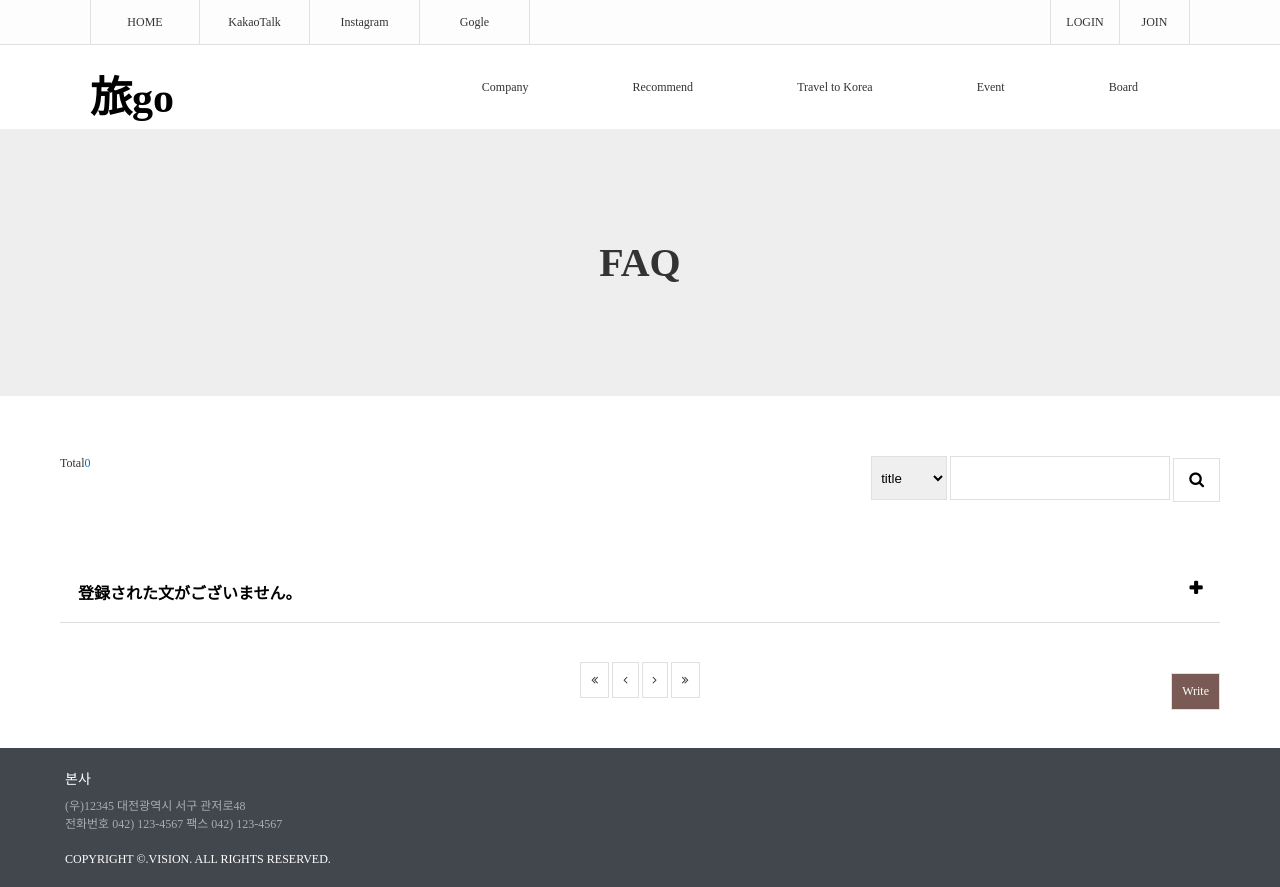
Repository: ddd5733/MVC-Pattern
Page: http://localhost/ksy_servlet_homepage/FaqOpenList
These files come from the project's save history. The page is drawn as it stood at one moment and after the next save; the edit follows.
The browser window is 1280 px wide. The pictures show the whole page.
The page is served by Tomcat 9. Other server files are loaded and not shown. Queries for data that is not in the repository find no rows.

Above is the page before, as saved 2020-01-07 06:27:25.

### 김성용_eclipse_source/ksy_servlet_homepage/WebContent/board/faq/faq_r.jsp
<%@ page language="java" contentType="text/html; charset=UTF-8"
    pageEncoding="UTF-8"%>
<%@ taglib prefix="c" uri="http://java.sun.com/jsp/jstl/core"%>
<!DOCTYPE html>
<html lang="ko">
<%@ include file="/common/header.jsp" %>

<body>

<div class="sub_title">
	<h2>FAQ</h2>
</div>


	<div class="container">
		<div class="search_wrap">
			<div class="record_group">
				<p>Total<span>${igal}</span></p>
				</div>
				<div class="search_group">
					<form name="myform" >
						<select name="t_sel" class="select">
							<option value="title" <c:if test="${t_selValue == 'title'}">out.print("selected"); </c:if>>title</option>
							<option value="content" <c:if test="${t_selValue eq 'content'}">out.print("selected");</c:if>>content</option>
						</select>
						<input type="text" name="t_search" class="search_word" value="${t_txtValue}">
						<button class="btn_search" onClick="formSearch()" value="Search" ><i class="fa fa-search"></i><span class="sr-only">검색버튼</span></button>
					<input type="hidden" name="r_page">
					</form>
				</div>
			</div>
		</div>

		<div class="board_list">
		<c:set var="forYN" value="true"/>
	<c:set var="num" value="0"/>
<c:if test="${t_dtos.size() >0}">
		<c:forEach items="${t_dtos}" var="dto">
			<c:if test="${forYN}">
				<c:if test="${v_count == for_count}">
			<div class="faq_group">
				<ul>
					<li>
						<button class="accordion">
							${dto.getTitle()}
						</button>
						<div class="panel">
							<p class="js-ptag">${dto.getAnswer()}
							<button onClick="gou('${dto.getF_number()}')">修正</button>
							<button onClick="god('${dto.getF_number()}')">削除</button>
							</p>
						</div>
					</li>
				</ul>
			</div>

			<c:set var="v_count" value="${v_count+1}"/>
					<c:set var="for_count" value="${for_count+1}"/>
			</c:if>

					<c:if test="${v_count != for_count}">
						<c:set var="v_count" value="${v_count+1}"/>
					</c:if>

						<c:if test="${v_count == a_count}">
							<c:set var="forYN" value="false"/>
						</c:if>
			</c:if>
		</c:forEach>
	</c:if>
	<form name ="faq">
	<input type="hidden" name="t_work">
	<input type="hidden"  name="t_f_number">
	</form>
	<c:if test="${t_dtos.size() == 0}">
			<div class="faq_group">
				<ul>
					<li>
						<button class="accordion">
							登録された文がございません。
						</button>
						<div class="panel">
							<p>書き込みを登録してください。</p>
						</div>
					</li>
				</ul>
			</div>
		</c:if>

			<script>
				$(function(){
					$(".accordion").on("click",function(){
						$(".panel").not($(this).next().slideToggle()).slideUp();
						$(".accordion").removeClass("active");
						$(this).toggleClass("active");
					});
				});
			</script>

			<div class="paging">
				<a href=""><i class="fa fa-angle-double-left"></i></a>
				<a href=""><i class="fa fa-angle-left"></i></a>
<%
			Integer cp = (Integer)request.getAttribute("current_page");
			int current_page = cp.intValue();
			Integer tp = (Integer)request.getAttribute("total_page");
			int total_page = tp.intValue();

			out.println(common.CommonUtil.pageList(current_page, total_page));
%>
				<a href=""><i class="fa fa-angle-right"></i></a>
				<a href=""><i class="fa fa-angle-double-right"></i></a>
				<a href="javascript:gowi();" class="write">Write</a>



</div>
		</div>
	<form name ="gwgw">
		<input type="hidden" value="gofw" name="t_work">
	</form>
	<script>
	function gowi(){
		var fm =document.gwgw;
		fm.action = "/HubServlet";
		fm.method = "post";
		fm.submit();
	}
		$(function(){
			$(".location .dropdown>a").on("click",function(e){
				e.preventDefault();
				if($(this).next().is(":visible")){
					$(".location .dropdown > a").next().hide();
				}else{
					$(".location .dropdown > a").next().hide();
					$(this).next().show();
				}
			});
		});

		function formSearch(){
			var fm = document.myform;
			fm.action ="/FaqOpenList";
			fm.method ="post";
			fm.submit();
		}
		function gopage(pageNum){
			var fm = document.myform;
			fm.r_page.value = pageNum;
			fm.action ="/FaqOpenList";
			fm.method ="post";
			fm.submit();
		}
		function gou(f_num){
			var fm = document.faq;
			fm.t_work.value = "up";
			fm.t_f_number.value = f_num;
			fm.action ="/FaqUpdateServlet";
			fm.method ="post";
			fm.submit();

		}
		function god(f_num){
			var fm = document.faq;
			var result = confirm("本当に削除しますか。?");
			if(result){
				fm.t_work.value = "del";
				fm.t_f_number.value = f_num;
				fm.action ="/FaqUpdateServlet";
				fm.method ="post";
				fm.submit();
			}
		}

	</script>
	<%@ include file="/common/footer.jsp" %>
 </body>


</html>

### 김성용_eclipse_source/ksy_servlet_homepage/WebContent/common/header.jsp
<%@ page language="java" contentType="text/html; charset=UTF-8"
    pageEncoding="UTF-8"%>
  <%@ include file="/common/common_session_info.jsp" %>
<!DOCTYPE html>
<html lang="ko">

 <head>
  <meta http-equiv="Content-Type" content="text/html; charset=utf-8" />
  <meta name="Author" content="구송이">
  <meta name="Keywords" content="문화재청 덕수궁, 반응형 홈페이지">
  <meta name="Description" content="응용sw개발자를 위한 반응형 홈페이지">
  <title>旅go</title>
  <script src="/js/jquery-3.3.1.min.js"></script>
  <link href="/css/font-awesome.min.css" rel="stylesheet">
	<!--<script src="https://ajax.googleapis.com/ajax/libs/jquery/3.3.1/jquery.min.js"></script>-->
  <link href="/css/common.css" rel="stylesheet">
  <link href="/css/layout.css" rel="stylesheet">

 	<!-- jquery언어 사용법
	1. jquery.js 기반으로 프로그램을 작성하기 때문에 jquery.js 파일을 다운 또는 CDN 방식으로 링크 건다
	2. $(function() {
	실행문;
	});
	-->


 </head>


<script>
		$(function(){
			$(".gnb>.nav_1depth>li").hover(function(){
				//console.log("gnb>.nav_1depth>li");
				//$(".main_center .box3 nav ul li").removeClass("active");
				//$(this).addClass("active");
				//$(".clearfix").hide();

				//var activeTab = $(this).find("a").attr("href");
                //$(activeTab).fadeIn();
                //return false;

				$(this).children(".nav_2depth").stop().slideDown("fast");
				}, function(){
					$(".gnb>.nav_1depth>li").removeClass();
					$(this).children(".nav_2depth").stop().slideUp("fast");
				}
			);
				//$(".main_center .box3 nav ul li").click(function(e){
					//$(this).addClass("active")
					//var num = $(this).index();
					//$(".taball").hide().eq(num).show();
				//}
		});
		function check_wLogon(){
			var fm = document.work;
			fm.action = "/HubServlet";
			fm.method = "post";
			fm.submit();
		}
		function goJoin(){
			var fm = document.join;
			fm.action = "/HubServlet";
			fm.method = "post";
			fm.submit();
		}
		function logout(){
			var fm = document.logo;
			fm.action = "/HubServlet";
			fm.method = "post";
			fm.submit();
		}
		function com(){
			var fm = document.com;
			fm.action = "/HubServlet";
			fm.method = "post";
			fm.submit();
		}
		function comway(){
			var fm = document.comw;
			fm.action = "/HubServlet";
			fm.method = "post";
			fm.submit();
		}
		function recPlace(){
			var fm = document.recp;
			fm.action = "/HubServlet";
			fm.method = "post";
			fm.submit();
		}
		function recPlace2(){
			var fm = document.recr;
			fm.action = "/HubServlet";
			fm.method = "post";
			fm.submit();
		}
		function gofr(){
			var fm = document.gofr;
			fm.action = "/HubServlet";
			fm.method = "post";
			fm.submit();
		}
		function gont(){
			var fm = document.gont;
			fm.action = "/HubServlet";
			fm.method = "post";
			fm.submit();
		}

</script>

 <body>
 <!-- 웹문서 만들기 기본 공식
 1. 요소를 어떻게 묶을 것인가? 그룹만들기
 2. 그룹안에 적절한 태그 사용
 3. class 이름 붙이고 css 적용
 -->

	<div class="sr-only">
		<p><a href="#contents">본문 바로가기</a></p>
	</div>

	<div class="top_navigation">
		<header class="header">
			<nav class="top_left">
				<ul>
					<li class="first"><a href="/Index">HOME</a></li>
					<li><a href="#">KakaoTalk</a></li>
					<li><a href="#">Instagram</a></li>
					<li><a href="#">Gogle</a></li>
				</ul>
			</nav>

			<nav class="top_right">
				<ul>
					<%if(sessionId.equals("")){ %>
					<li class="first"><a href="javascript:check_wLogon()">LOGIN</a></li>
					<li><a href="javascript:goJoin()">JOIN</a></li>
					<%} else {%>
					<li class="loginstatus">Welcome to <%=sessionName%></li>
					<li class="first"><a href="javascript:logout()">LOGOUT</a></li>
					<%} %>

				</ul>
			</nav>
					<form name ="gont">
						<input type="hidden" name ="t_work" value="gont">
					</form>
					<form name ="join">
						<input type="hidden" name ="t_work" value="goj">
					</form>
					<form name ="logo">
						<input type="hidden" name ="t_work" value="golo">
					</form>
					<form name ="work">
						<input type="hidden" name ="t_work" value="gol">
					</form>
					<form name ="com">
						<input type="hidden" name ="t_work" value="goc">
					</form>
					<form name ="comw">
						<input type="hidden" name ="t_work" value="gocw">
					</form>
					<form name ="recp">
						<input type="hidden" name ="t_work" value="gorp">
					</form>
					<form name ="recr">
						<input type="hidden" name ="t_work" value="gorr">
					</form>
					<form name ="gofr">
						<input type="hidden" name ="t_work" value="gofr">
					</form>
			<div class="gnb_group">
				<h1 class="logo">旅go</h1>
				<nav class="gnb">
					<ul class="nav_1depth">
						<li><a href="javascript:com()">Company</a>
							<ul class="nav_2depth">
								<li><a href="javascript:com()">Introduction</a></li>
								<li><a href="javascript:comway()">Map</a></li>
							</ul>
						</li>
						<li><a href="business01.html">Recommend</a>
							<ul class="nav_2depth">
								<li><a href="javascript:recPlace2()">Restaurant Recommend</a></li>
								<li><a href="javascript:recPlace()">Attraction</a></li>
							</ul>
						</li>
						<li><a href="product01.html">Travel to Korea</a>
							<ul class="nav_2depth">
								<li><a href="product01.html">Planning with company</a></li>
								<li><a href="product02.html">Cancellation/Refund</a></li>
							</ul>
						</li>
						<li><a href="product01.html">Event</a>
							<ul class="nav_2depth">
								<li><a href="product01.html">Event</a></li>
								<li><a href="product02.html">Event List</a></li>
							</ul>
						</li>
						<li><a href="board01.html">Board</a>
							<ul class="nav_2depth">
								<li><a href="javascript:gont()">Notice</a></li>
								<li><a href="">Traveling Review</a></li>
								<li><a href="">Traveling Question</a></li>
								<li><a href="">Q&A</a></li>
								<li><a href="javascript:gofr()">FAQ</a></li>
							</ul>
						</li>
					</ul>
				</nav>
			</div>
		</header>
		<div class="line">
		</div>
	</div>

### 김성용_eclipse_source/ksy_servlet_homepage/WebContent/common/common_session_info.jsp
<%@ page import="common.CommonUtil"%>
<%
	String sessionName =
						CommonUtil.checkNull((String)session.getAttribute("session_name"));
	String sessionId =
						CommonUtil.checkNull((String)session.getAttribute("session_id"));
	String sessionLevel =
						CommonUtil.checkNull((String)session.getAttribute("session_level"));
%>

### 김성용_eclipse_source/ksy_servlet_homepage/WebContent/common/footer.jsp
<%@ page language="java" contentType="text/html; charset=UTF-8"
    pageEncoding="UTF-8"%>
<!DOCTYPE html>
<footer class="footer">
	<div class="container clearfix">
		<address class="address">
			<p class="title">본사</p>
			(우)12345 대전광역시 서구 관저로48<br>
			전화번호 042) 123-4567 팩스 042) 123-4567
		</address>
		<p class="copyright">COPYRIGHT &copy.VISION. ALL RIGHTS RESERVED.</p>
	</div>
</footer>

### 김성용_eclipse_source/ksy_servlet_homepage/src/servlet/board/FaqOpenList.java
package servlet.board;

import java.io.IOException;
import java.util.ArrayList;

import javax.servlet.RequestDispatcher;
import javax.servlet.ServletException;
import javax.servlet.annotation.WebServlet;
import javax.servlet.http.HttpServlet;
import javax.servlet.http.HttpServletRequest;
import javax.servlet.http.HttpServletResponse;

import common.CommonUtil;
import dao.Faq_DAO;
import dao.Notice_DAO;
import dto.Faq_DTO;

/**
 * Servlet implementation class FaqOpenList
 */
@WebServlet("/FaqOpenList")
public class FaqOpenList extends HttpServlet {
	private static final long serialVersionUID = 1L;

    /**
     * @see HttpServlet#HttpServlet()
     */
    public FaqOpenList() {
        super();
        // TODO Auto-generated constructor stub
    }

	/**
	 * @see HttpServlet#doGet(HttpServletRequest request, HttpServletResponse response)
	 */
	protected void doGet(HttpServletRequest request, HttpServletResponse response) throws ServletException, IOException {
		request.setCharacterEncoding("UTF-8");
		Faq_DAO dao = new Faq_DAO();

		String selValue = request.getParameter("t_sel");
		String txtValue = request.getParameter("t_search");
		if(selValue == null){
				selValue = "title";
				txtValue = "";
		}
		ArrayList<Faq_DTO> dtos = dao.getFaqList(selValue,txtValue);
		//******** page 시작 *******/
				String tdCount ="5";

			String r_page = CommonUtil.checkNull(request.getParameter("r_page"));
			int			current_page;					// 현재페이지 번호
			int			total_page;						// 총페이지 수
			int			total_count;					// 총레코드 수
			int			for_count;
			int			list_setup_count = 10;			// 한번에 출력될 List 수
			int			p_no;
			int			v_count;
			int			a_count;
			String		url				= null;

			// 조회된 건수 구하기  total_count : 설정
			if(dtos == null) total_count =0;
			else total_count = dtos.size();


			// 페이지번호가 없으면 1페이지로 간주
			if(r_page.equals("")) current_page = 1;
			else current_page = Integer.parseInt(r_page);

			for_count		= list_setup_count;
			p_no			= list_setup_count;				// 페이지수가 10
			total_page = total_count / list_setup_count;		// 전체페이지수 계산 (if 23개 게시물이면 2)

			if(current_page == 1) {
				v_count		= 0;
				a_count		= list_setup_count;
				for_count	= 0;
			} else{
				v_count		= 0;
				a_count		= p_no * current_page;
				for_count	= a_count - list_setup_count;
			}
			if(total_page * list_setup_count != total_count)   total_page = total_page +1;
			int igal = dao.igal();
			//******** page 끝 *******/
			request.setAttribute("total_page",total_page);
			request.setAttribute("current_page",current_page);
			request.setAttribute("for_count",for_count);
			request.setAttribute("v_count",v_count);
			request.setAttribute("a_count",a_count);
			request.setAttribute("t_dtos",dtos);
			request.setAttribute("t_selValue",selValue);
			request.setAttribute("t_txtValue",txtValue);
			request.setAttribute("tdCount",tdCount);
			request.setAttribute("t_url",url);
			request.setAttribute("igal",igal);
			RequestDispatcher dispatcher = request.getRequestDispatcher("/board/faq/faq_r.jsp");
		 	dispatcher.forward(request,response);
	}

	/**
	 * @see HttpServlet#doPost(HttpServletRequest request, HttpServletResponse response)
	 */
	protected void doPost(HttpServletRequest request, HttpServletResponse response) throws ServletException, IOException {
		// TODO Auto-generated method stub
		doGet(request, response);
	}

}

### 김성용_eclipse_source/ksy_servlet_homepage/src/dao/Faq_DAO.java
package dao;

import java.rmi.RemoteException;
import java.sql.Connection;
import java.sql.PreparedStatement;
import java.sql.ResultSet;
import java.sql.SQLException;
import java.util.ArrayList;

import common.DBConnectionOracle;
import dto.Faq_DTO;

	public class Faq_DAO {
	DBConnectionOracle common = new DBConnectionOracle();
	Connection 		   con    = null;
	PreparedStatement  ps 	  = null;
	ResultSet 		   rs 	  = null;







	public int faqUpdate(String query){
		int result =0;

		try {
			con = common.getConnection();
			ps = con.prepareStatement(query);
			result = ps.executeUpdate();

		}catch(SQLException se) {
			System.out.println("SQLException faqUpdate():"+se.getMessage());
		}catch(Exception e) {
			System.out.println("Exception faqUpdate():"+e.getMessage());
		}finally {
			try {
				common.close(con, ps, rs);
			}catch (Exception e) {
				System.out.println("faqUpdate() close"+e.getMessage());
			}
		}

		return result;
	}



	public String getFnumber() {
			String query = "select max(f_number) from A06_TRACK2_TRAVEL_FAQ ";
			String result = null;
			String f_number ="";
			try {
				con = common.getConnection();
				ps = con.prepareStatement(query);
				rs = ps.executeQuery();
				while(rs.next()) {
					result = rs.getString(1);
				}
			}catch(SQLException se) {
				System.out.println("SQLException getMaxNo():"+se.getMessage());
			}catch(Exception e) {
				System.out.println("Exception getMaxNo():"+e.getMessage());
			}finally {
				try {
					common.close(con, ps, rs);
				}catch (Exception e) {
					System.out.println("getMaxNo() close"+e.getMessage());
				}
			}
			if(result == null) {
				f_number = "0001";
			} else {
				int mf_number = Integer.parseInt(result);
				f_number = Integer.toString(mf_number+1);
			}
			return f_number;
	}
	public ArrayList<Faq_DTO> getFaqList(String selValue, String txtValue){
		ArrayList<Faq_DTO> dtos = new ArrayList<Faq_DTO>();
		String query =	" select f_number,title,answer,reg_date,reg_id,update_date "+
						" from A06_TRACK2_TRAVEL_FAQ "+
						" where "+selValue+" like '%"+txtValue+"%' "+
						" order by f_number desc ";
		try {
			con = common.getConnection();
			ps = con.prepareStatement(query);
			rs = ps.executeQuery();
		while(rs.next()) {
			String f_number = rs.getString(1);
			String title = rs.getString(2);
			String answer = rs.getString(3);
			String reg_date = rs.getString(4);
			String reg_id = rs.getString(5);
			String update_date = rs.getString(6);
			Faq_DTO dto = new Faq_DTO(f_number,title,answer,reg_date,reg_id,update_date);
			dtos.add(dto);
		}

			}catch(SQLException se) {
				System.out.println("SQLException getFaqList():"+se.getMessage());
			}catch(Exception e) {
				System.out.println("Exception getFaqList():"+e.getMessage());
			}finally {
				try {
					common.close(con, ps, rs);
				}catch (Exception e) {
					System.out.println("getFaqList() close"+e.getMessage());
				}
			}
		System.out.println(query);
		return dtos;
	}



	public int igal() {
		String query = "select count(f_number) from A06_TRACK2_TRAVEL_FAQ ";
		int result = 0;
		try {
			con = common.getConnection();
			ps = con.prepareStatement(query);
			rs = ps.executeQuery();
			while(rs.next()) {
				result = rs.getInt(1);
			}
		}catch(SQLException se) {
			System.out.println("SQLException igal():"+se.getMessage());
		}catch(Exception e) {
			System.out.println("Exception igal():"+e.getMessage());
		}finally {
			try {
				common.close(con, ps, rs);
			}catch (Exception e) {
				System.out.println("getMaxNo() close"+e.getMessage());
			}
		}

		return result;
	}

	public Faq_DTO getMody(String f_num){
		Faq_DTO dto = null;
		String query =	" select f_number,title,answer,reg_date,reg_id,update_date "+
						" from A06_TRACK2_TRAVEL_FAQ "+
						" where f_number like '"+f_num+"' "+
						" order by f_number desc ";

		try {
			con = common.getConnection();
			ps = con.prepareStatement(query);
			rs = ps.executeQuery();
			while(rs.next()) {
				String f_number   		 = rs.getString(1);
				String title 	  		 = rs.getString(2);
				String answer 	   		 = rs.getString(3);
				String reg_date 	 	 = rs.getString(4);
				String reg_id   		 = rs.getString(5);
				String update_date   	 = rs.getString(6);

				dto = new Faq_DTO(f_number,title,answer,reg_date,reg_id,update_date);
			}

		}catch(SQLException se) {
			System.out.println("SQLException getMody():"+se.getMessage());
		}catch(Exception e) {
			System.out.println("Exception getMody():"+e.getMessage());
		}finally {
			try {
				common.close(con, ps, rs);
			}catch (Exception e) {
				System.out.println("getView() close"+e.getMessage());
			}
		}
		return dto;
	}




}

### 김성용_eclipse_source/ksy_servlet_homepage/src/common/DBConnectionOracle.java
package common;
import java.rmi.RemoteException;
import java.sql.Connection;
import java.sql.DriverManager;
import java.sql.PreparedStatement;
import java.sql.ResultSet;
import java.sql.SQLException;
public class DBConnectionOracle{
	public Connection getConnection() throws RemoteException{
		try {
			Class.forName("oracle.jdbc.driver.OracleDriver");
		} catch (Exception ex) {
			System.out.println("DBConnectionOracle.class = Exception: " + ex.getMessage());
		}
		Connection con = null;
		try{
			// String DB_URL = "jdbc:oracle:thin:@admin-pc0:1521:ORCL";
			// String DB_USER = "hr";
			// String DB_PASSWORD= "1234";
			 String DB_URL = "jdbc:oracle:thin:@admin-pc04:1521:ORCL";
			 String DB_USER = "scott";
			 String DB_PASSWORD= "tiger";
//			String DB_URL = "jdbc:oracle:thin:@localhost:1521:ORCL";
//			String DB_USER = "hr";
//			String DB_PASSWORD= "1234";
			con = DriverManager.getConnection(DB_URL, DB_USER, DB_PASSWORD);
			if(con == null){
				System.out.println("DBConnectionOracle.class = oracle db 연결실패===========");
			}
		} catch (SQLException ex) {
			System.out.println("DBConnectionOracle.class = SQLException: " + ex.getMessage());
			System.out.println("DBConnectionOracle.class = SQLState: " + ex.getSQLState());
		}
		return con;
	}
	public void close(Connection con, PreparedStatement ps){
		try {
			if(ps != null) 		ps.close();
			if(con != null)		con.close();
		} catch(Exception e) {
			System.out.println("=========== 종료 error ===========");
		}
    }
	public void close(Connection con, PreparedStatement ps, ResultSet result){
		try {
			if(result != null)	result.close();
			if(ps != null) 		ps.close();
			if(con != null)		con.close();
		} catch(Exception e) {
			System.out.println("=========== 종료 error ===========");
		}
    }
}

### 김성용_eclipse_source/ksy_servlet_homepage/WebContent/css/common.css
@charset "utf-8";

/* reset css */
* {margin:0; padding:0; box-sizing:border-box;}
/* width:275px; padding:10; 실제가로폭은? 295px
box-sizing:border-box css 적용하면 실제 가로 폭은? 275px */
ul,ol {list-style:none;}
a {text-decoration:none; color:#333;}
body {font-family:나눔고딕; color:#333; font-weight:normal; font-size:12px;}
header, nav, section, article, footer {display:block;}
1h,h2,h3,h4,h5,h6 {font-weight:normal; font-size:16px;}
table, tr, td, th {border-collapse:collapse;}
fieldset {border:0 none;}
.greeting_cont{padding-bottom:20px; }
.hangle{float:right;  width:500px; high:500px; font-size:15px;}
.nihon{float:right; width:500px; high:500px; font-size:15px;}


/* 브라우져 중앙에 요소를 배치하는 방법 */
.sr-only {position:absolute; top:50%; left:50%; z-index:500px; width:120px; height:60px; background:#f00; margin-left:-60px; margin-top:-30px;}
.sr-only p {text-align:center; line-height:60px;}

/* 넘치는 값 안 보이게 하기 overflow:hidden; */
/* 계층 순서 z-index; 마이너스(-) 값은 반대로 이동시킨다
body 시작지점을 원점으로 위치 잡기 position:absolut; */
.sr-only {position:absolute; top:0; left:0; width:0; height:0; font-size:0; overflow:hidden;}
.w100 {width:100%;}
.clearfix::after {content:""; display:block; clear:both;}

Loaded but not shown: 김성용_eclipse_source/ksy_servlet_homepage/WebContent/js/jquery-3.3.1.min.js (library); 김성용_eclipse_source/ksy_servlet_homepage/WebContent/css/font-awesome.min.css (library); 김성용_eclipse_source/ksy_servlet_homepage/WebContent/css/layout.css (335 lines, source omitted); 김성용_eclipse_source/ksy_servlet_homepage/src/common/CommonUtil.java (264 lines, source omitted)

After the next save:
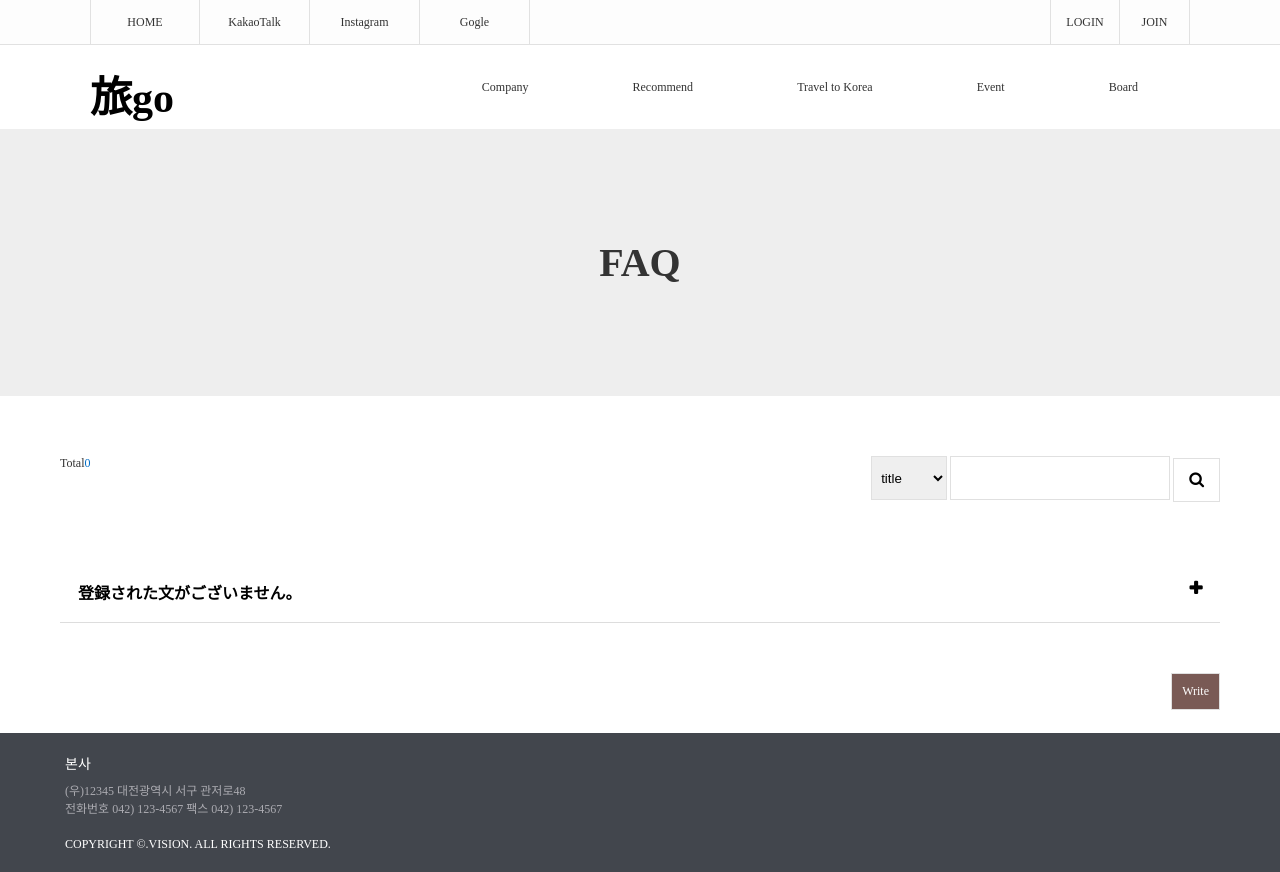
Saved 47 s later.
--- a/김성용_eclipse_source/ksy_servlet_homepage/WebContent/board/faq/faq_r.jsp
+++ b/김성용_eclipse_source/ksy_servlet_homepage/WebContent/board/faq/faq_r.jsp
@@ -98,8 +98,7 @@
 			</script>
 
 			<div class="paging">
-				<a href=""><i class="fa fa-angle-double-left"></i></a>
-				<a href=""><i class="fa fa-angle-left"></i></a>
+
 <%
 			Integer cp = (Integer)request.getAttribute("current_page");
 			int current_page = cp.intValue();
@@ -108,8 +107,7 @@
 
 			out.println(common.CommonUtil.pageList(current_page, total_page));
 %>
-				<a href=""><i class="fa fa-angle-right"></i></a>
-				<a href=""><i class="fa fa-angle-double-right"></i></a>
+
 				<a href="javascript:gowi();" class="write">Write</a>
 
 
